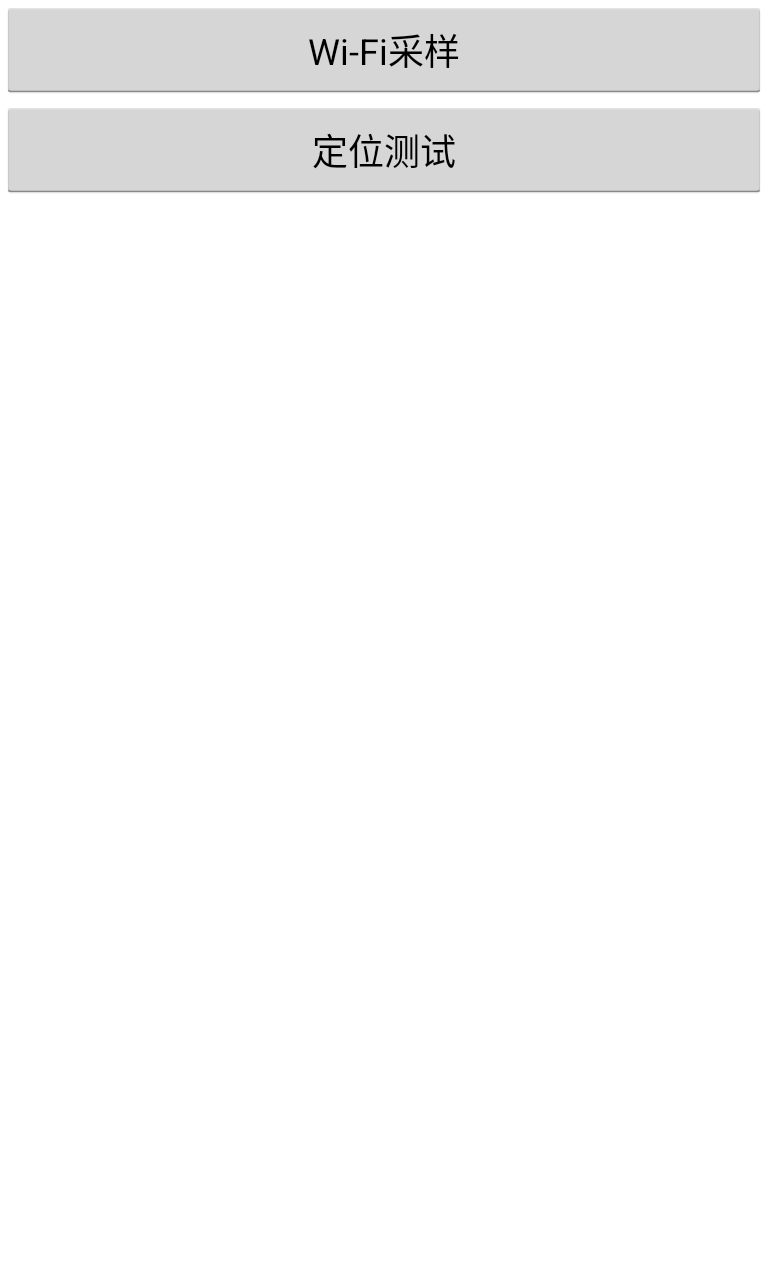
Repository: RenchuSong/tMap_Android
Layout: tmap_model_tool/res/layout/navigation.xml
An editor plug-in stored every save of this project. The layout is shown before and after the next save, followed by the edit.
It is drawn on a 768 x 1280 px phone screen (xhdpi) without system bars, with theme AppTheme; the app's code is not run.

Above is the layout before, as saved 2014-05-11 18:53:22.

After the next save:
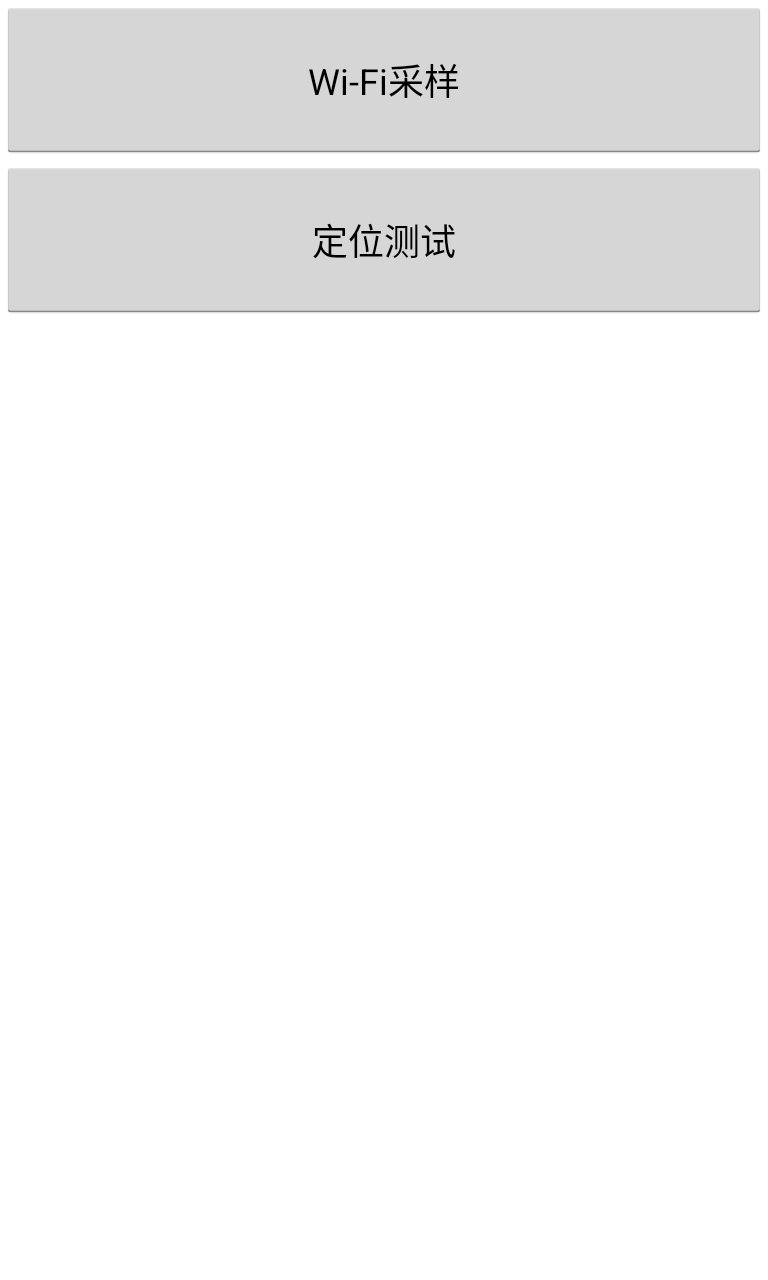
Saved 11 s later.
--- a/tmap_model_tool/res/layout/navigation.xml
+++ b/tmap_model_tool/res/layout/navigation.xml
@@ -7,13 +7,13 @@
     <Button
         android:id="@+id/sampleBtn"
         android:layout_width="match_parent"
-        android:layout_height="50dp"
+        android:layout_height="80dp"
         android:text="Wi-Fi采样" />
 
     <Button
         android:id="@+id/locatingBtn"
         android:layout_width="match_parent"
-        android:layout_height="50dp"
+        android:layout_height="80dp"
         android:text="定位测试" />
 
 </LinearLayout>
